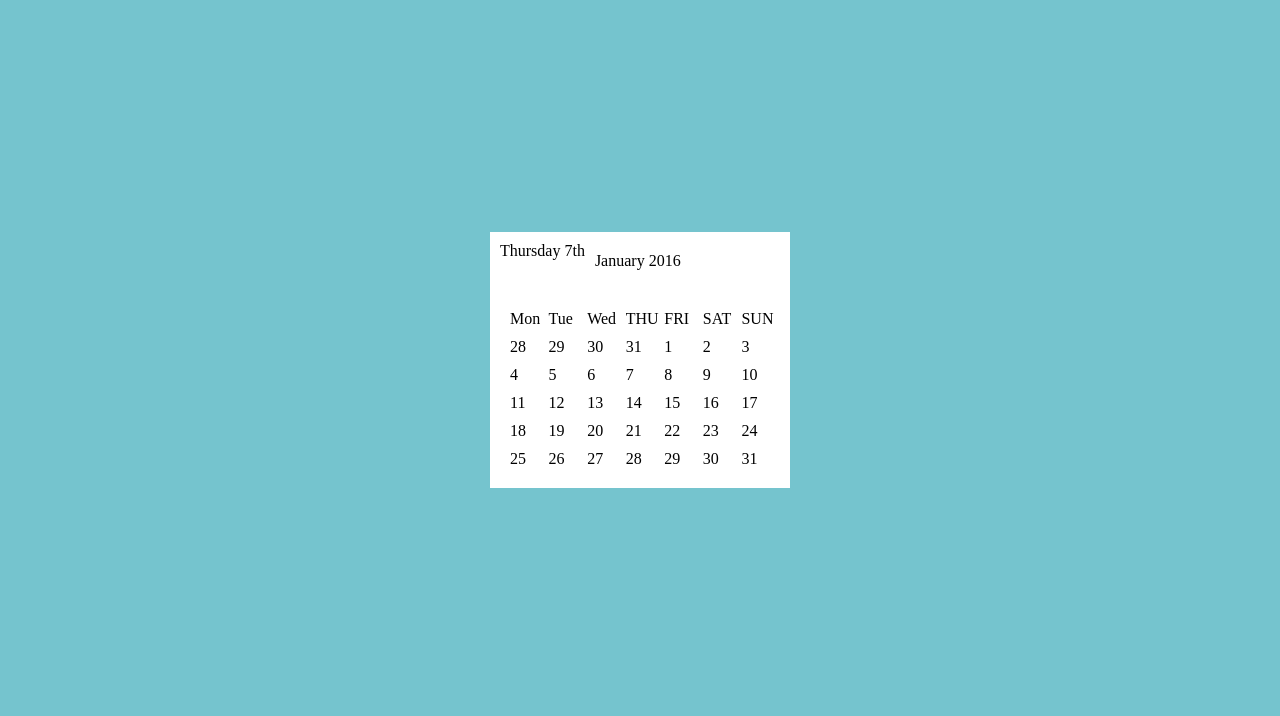
Repository: KYUUBI-K/HTML
Page: За 1 курс/Лаб 4/calendar.html
An editor plug-in stored every save of this project. The page is shown before and after the next save, followed by the edit.
The browser window is 1280 px wide. The pictures show the whole page.

Above is the page before, as saved 2021-03-30 13:27:02.

### За 1 курс/Лаб 4/calendar.html
<!DOCTYPE html>
<html lang="en">
<head>
    <meta charset="UTF-8">
    <meta http-equiv="X-UA-Compatible" content="IE=edge">
    <meta name="viewport" content="width=device-width, initial-scale=1.0">
    <title>Document</title>
    <link rel="stylesheet" href="for_calend.css">
</head>
<body style="background-color:rgba(80, 181, 194, 0.788) ;">
    <div class="calendar">
        <div class="today">
            Thursday 7th
            <div class="today">
                January 2016
            </div>
        </div>
        <div class="date">
            <div class="day">Mon</div>
            <div class="day">Tue</div>
            <div class="day">Wed</div>
            <div class="day">THU</div>
            <div class="day">FRI</div>
            <div class="day">SAT</div>
            <div class="day">SUN</div>
            <div class="number">28</div>
            <div class="number">29</div>
            <div class="number">30</div>
            <div class="number">31</div>
            <div class="number">1</div>
            <div class="number">2</div>
            <div class="number">3</div>
            <div class="number">4</div>
            <div class="number">5</div>
            <div class="number">6</div>
            <div class="number">7</div>
            <div class="number">8</div>
            <div class="number">9</div>
            <div class="number">10</div>
            <div class="number">11</div>
            <div class="number">12</div>
            <div class="number">13</div>
            <div class="number">14</div>
            <div class="number">15</div>
            <div class="number">16</div>
            <div class="number">17</div>
            <div class="number">18</div>
            <div class="number">19</div>
            <div class="number">20</div>
            <div class="number">21</div>
            <div class="number">22</div>
            <div class="number">23</div>
            <div class="number">24</div>
            <div class="number">25</div>
            <div class="number">26</div>
            <div class="number">27</div>
            <div class="number">28</div>
            <div class="number">29</div>
            <div class="number">30</div>
            <div class="number">31</div>
        </div>
    </div>
</body>
</html>

### За 1 курс/Лаб 4/for_calend.css
body{
    margin:0;
    padding: 0;
    display: flex;
    justify-content: center;
    align-items: center;
    height: 100vh;
}
.calendar{
    width: 300px;
    height: auto;
    background-color: white;
    box-sizing: border-box;

}
.calendar .date{
    padding: 20px;
    display: grid;
    grid-template-columns: repeat(auto-fit,minmax(25px,1fr));
    grid-gap: 10px;
    box-sizing: border-box;
}
.today{
    display: flex;
    margin: 10px;
}

After the next save:
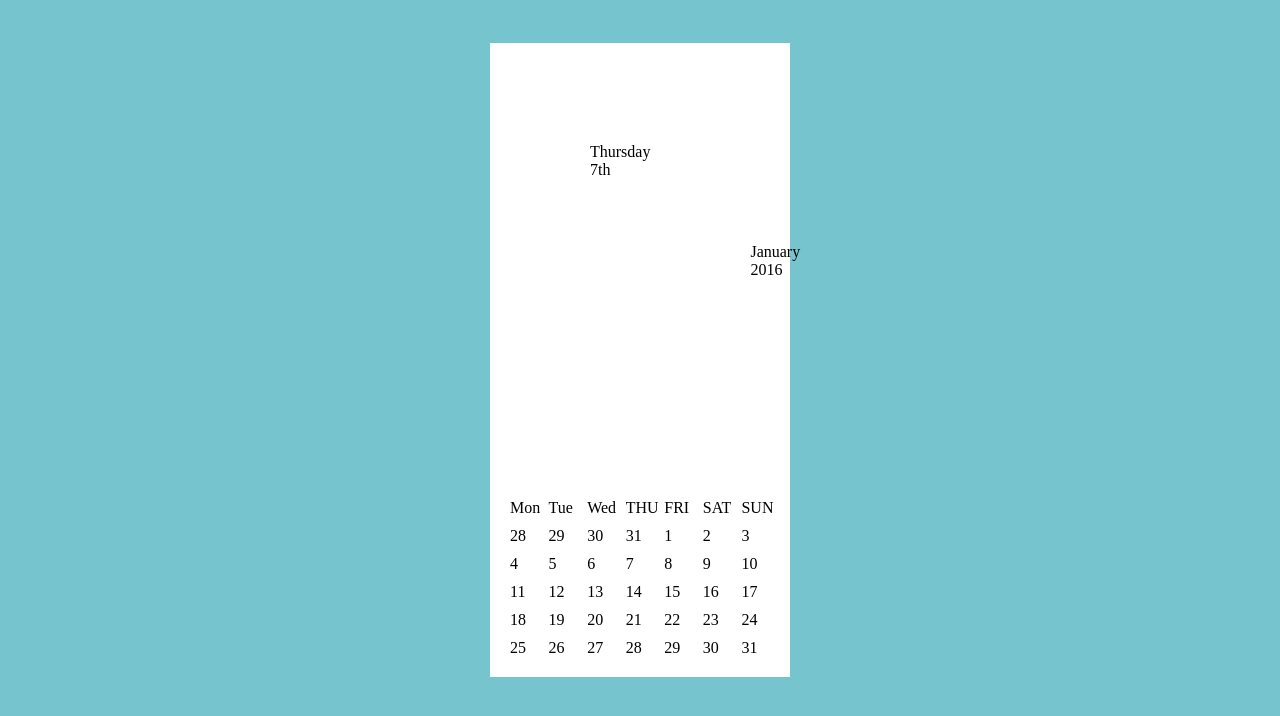
Saved 5 s later.
--- a/За 1 курс/Лаб 4/for_calend.css
+++ b/За 1 курс/Лаб 4/for_calend.css
@@ -22,5 +22,5 @@ body{
 }
 .today{
     display: flex;
-    margin: 10px;
+    margin: 100px;
 }
